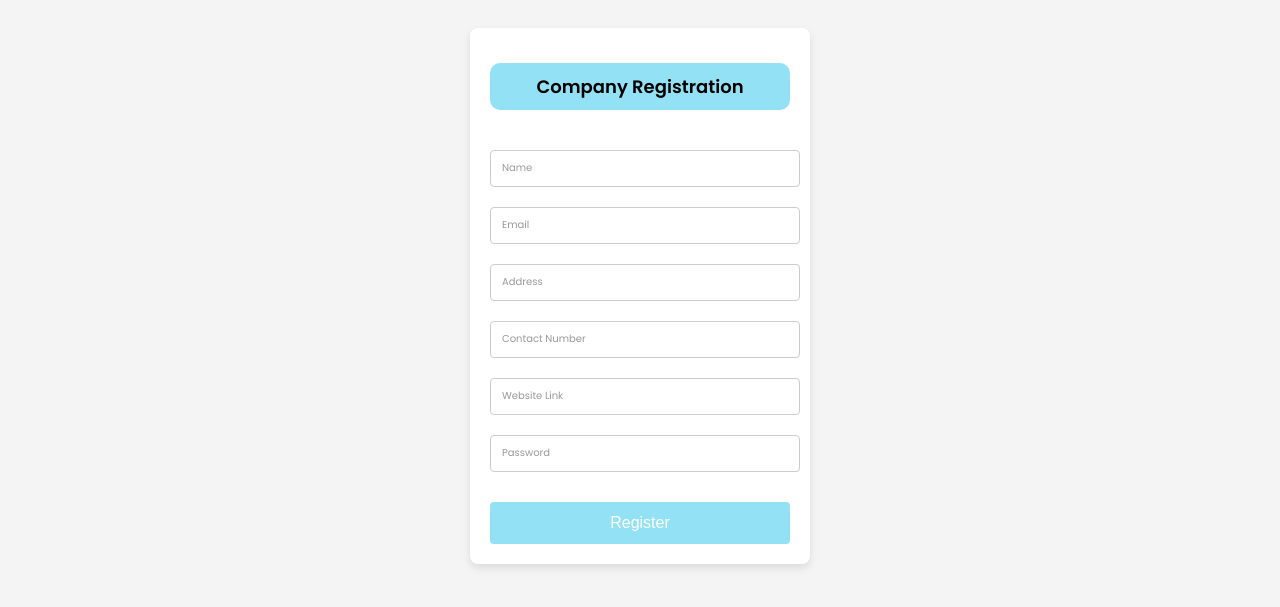
Repository: parthsabhani/Job_Portal_JSP_Servlet
Page: http://localhost/Job_Portal/companyRegistration.jsp
The author's editor kept a copy of each file at every save. The page is drawn from the files as they stood at one save, then again after a run of saves.
The browser window is 1280 px wide. The pictures show the whole page.
The page is served by Tomcat 10.

Above is the page before, as saved 2025-04-22 11:09:15.

After the next 4 saves:
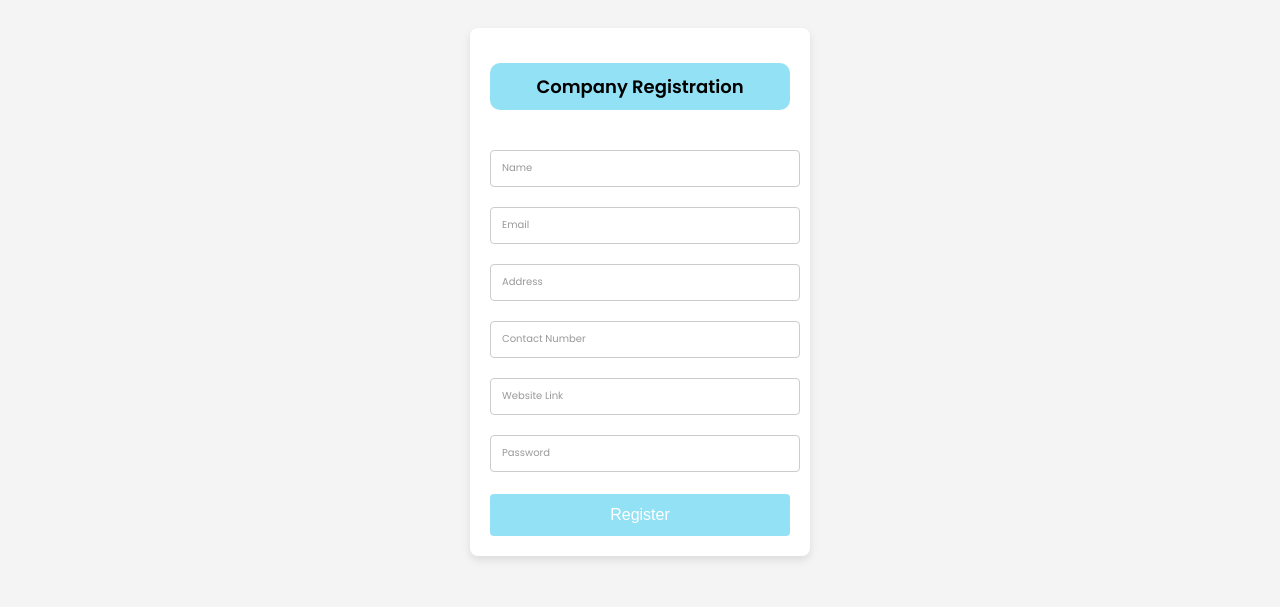
The 4 saves are shown as one change because they came seconds apart.
The last was saved 10 s later.
--- a/Job_Portal/src/main/webapp/companyRegistration.jsp
+++ b/Job_Portal/src/main/webapp/companyRegistration.jsp
@@ -42,7 +42,7 @@ h2 {
 	margin-bottom: 40px;
 }
 
-h2:hover{
+h2:hover {
 	color: white;
 }
 
@@ -110,9 +110,13 @@ label {
 
 .error {
 	color: red;
-	font-size: 10px;
-	margin-bottom: 10px;
+	font-size: 12px;
+	margin-top: -10px;
+	text-align: center;
+	margin-bottom: 12px;
+	text-align: center;
 }
+
 </style>
 </head>
 <body>
@@ -123,8 +127,8 @@ label {
 
 			<!-- Full Name Field -->
 			<div class="input-container">
-				<input type="text" id="name" name="name" placeholder=" "
-					required> <label for="name">Name</label>
+				<input type="text" id="name" name="name" placeholder=" " required>
+				<label for="name">Name</label>
 			</div>
 
 			<!-- Email Field -->
@@ -157,9 +161,7 @@ label {
 					required> <label for="password">Password</label>
 			</div>
 
-			<div id="errorMessages" class="error">
-				${ error }
-			</div>
+			<div id="errorMessages" class="error">${ error }</div>
 
 			<button type="submit" class="submit-btn" name="name" value="register">Register</button>
 
